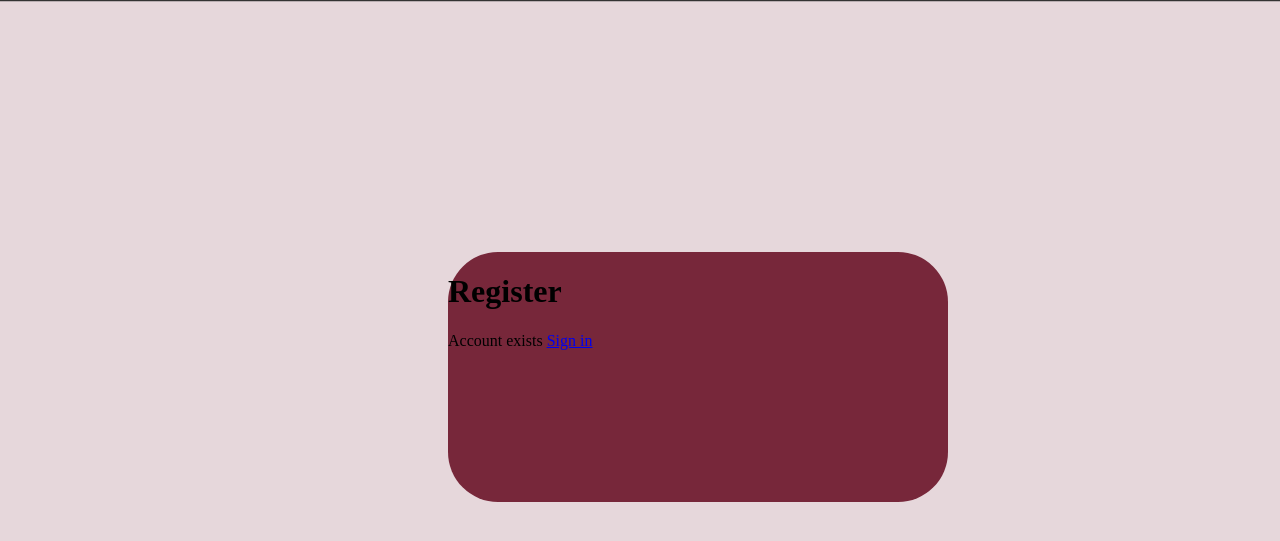
Repository: Kotya2001/FuzzyOps-App
Page: /register (app in frontend/my-app/)
The author's editor kept a copy of each file at every save. The page is drawn from the files as they stood at one save, then again after the next save.
The browser window is 1280 px wide. The pictures show the whole page.
The project was rebuilt for these pictures with package versions that can differ from the ones it lists, and the page was loaded fresh each time. Also part of the build but not shown: frontend/my-app/src/pages/Item.js, frontend/my-app/src/pages/Base.js, frontend/my-app/src/pages/Login.js, frontend/my-app/src/pages/Resources.js.

Above is the page before, as saved 2022-09-18 17:33:16.

### frontend/my-app/public/index.html
<!DOCTYPE html>
<html lang="en">
  <head>
    <meta charset="utf-8" />
    <link rel="icon" href="../img/logotype.ico" />
    <meta name="viewport" content="width=device-width, initial-scale=1" />
    <meta name="theme-color" content="#000000" />
    <meta
      name="description"
      content="Web site created using create-react-app"
    />
    <!--
      manifest.json provides metadata used when your web app is installed on a
      user's mobile device or desktop. See https://developers.google.com/web/fundamentals/web-app-manifest/
    -->
    <link rel="manifest" href="%PUBLIC_URL%/manifest.json" />
    <!--
      Notice the use of %PUBLIC_URL% in the tags above.
      It will be replaced with the URL of the `public` folder during the build.
      Only files inside the `public` folder can be referenced from the HTML.

      Unlike "/favicon.ico" or "favicon.ico", "%PUBLIC_URL%/favicon.ico" will
      work correctly both with client-side routing and a non-root public URL.
      Learn how to configure a non-root public URL by running `npm run build`.
    -->
    <title>FuzzyOps</title>
  </head>
  <body>
    <noscript>You need to enable JavaScript to run this app.</noscript>
    <div id="root"></div>
    <!--
      This HTML file is a template.
      If you open it directly in the browser, you will see an empty page.

      You can add webfonts, meta tags, or analytics to this file.
      The build step will place the bundled scripts into the <body> tag.

      To begin the development, run `npm start` or `yarn start`.
      To create a production bundle, use `npm run build` or `yarn build`.
    -->
  </body>
</html>

### frontend/my-app/src/index.js
import React from 'react';
import ReactDOM from 'react-dom/client';
import App from './App';
import reportWebVitals from './reportWebVitals';
// import './firebase';


const root = ReactDOM.createRoot(document.getElementById('root'));
root.render(
  <React.StrictMode>
    <App />
  </React.StrictMode>
);

// If you want to start measuring performance in your app, pass a function
// to log results (for example: reportWebVitals(console.log))
// or send to an analytics endpoint. Learn more: https://bit.ly/CRA-vitals
reportWebVitals();

### frontend/my-app/src/App.js
import Base from './pages/Base';
import Login from './pages/Login';
import Resources from './pages/Resources';
import Register from './pages/Register';
import { BrowserRouter as Router} from 'react-router-dom';
import { Route, Routes } from 'react-router-dom';
import { Provider } from 'react-redux';




const App = () => {
    return (
        <Router>
            <div>
                <Routes>
                    <Route path='/' element={<Base/>}/>
                    <Route path='/register' element={<Register/>}/>
                    <Route path='/login' element={<Login/>}/>
                    <Route path='/resources' element={<Resources/>}/>
                </Routes>
            </div>
        </Router>

    )
}

export default App;

### frontend/my-app/src/pages/Register.js
import React, { Component } from "react";
import { Link } from "react-router-dom";

export default class Register extends Component {
    render() {
        return (
            <div className="inputForm">
                <h1>Register</h1>

                <p>
                    Account exists <Link to='/login'>Sign in</Link>
                </p>
            </div>
        )
    }
}

### frontend/my-app/src/Styles.css
body {
  background-image: url("../src/img/BG.png");

}

.wrapper {
  max-width: 1440px;
  padding-left: 40px;
  padding-right: 40px;
  margin: 0 auto;
}

.header {
  display: flex;
  justify-content: space-between;
  align-items: center;

}

.name {
  font-family: "Rounded Mplus 1c ExtraBold";
  font-size: 48px;
}


.nav {
  display: flex;
  justify-content: center;
  list-style-type: none;
  padding-left: 0;
}

.buttons button {
  background-color: #D48396;
  border: none;
  text-align: center;
  width: 180px;
  height: 60px;
  border-radius: 30px;
  padding: 10px 20px;
  margin-right: 30px;
  margin-top: 10px;
  text-decoration: none;
  color: #000000;
  font-family: "Rounded Mplus 1c Medium";
  font-size: 24px;
}

.buttons button:hover {
  transform: scale(1.15);
  transition: transform 0.25s;
}


.description {
  padding-top: 70px;
  padding-bottom: 70px;
  padding-left: 60px;
}

.title  {
  font-family: "Rounded Mplus 1c Medium";
  font-size: 36px;
  line-height: 0.4;
}


.caption {
  font-family: "Rounded Mplus 1c Medium";
  font-size: 22px;
  color: #CDADAD;
  line-height: 0.3;
}

.start {
  background-color: #D9D9D9;
  border: 3px #000000;
  text-align: center;
  width: 300px;
  height: 60px;
  border-radius: 20px;
  color: #000000;
  font-family: "Rounded Mplus 1c Medium";
  font-size: 22px;
}


/* hide disabled buttons */
.rec.rec-arrow:disabled {
  visibility: hidden;
}

/* disable default outline on focused items */
/* add custom outline on focused items */
.rec-carousel-item:focus {
  outline: none;
  box-shadow: inset 0 0 1px 1px lightgrey;
}

.inputForm {
  background: #77273A;
  width: 500px;
  height: 250px;
  border-radius: 50px;
  position: absolute;
  left: 35%;
  top: 35%;
}

@font-face {
  font-family: "Rounded Mplus 1c ExtraBold";
  src: url("../src/fonts/MPLUSRounded1c-ExtraBold.ttf");
  font-style: normal;
  font-weight: normal;
}

@font-face {
  font-family: "Rounded Mplus 1c Medium";
  src: url("../src/fonts/MPLUSRounded1c-Medium.ttf");
  font-style: normal;
  font-weight: normal;
}

Loaded but not shown: frontend/my-app/src/reportWebVitals.js (common file)

After the next save:
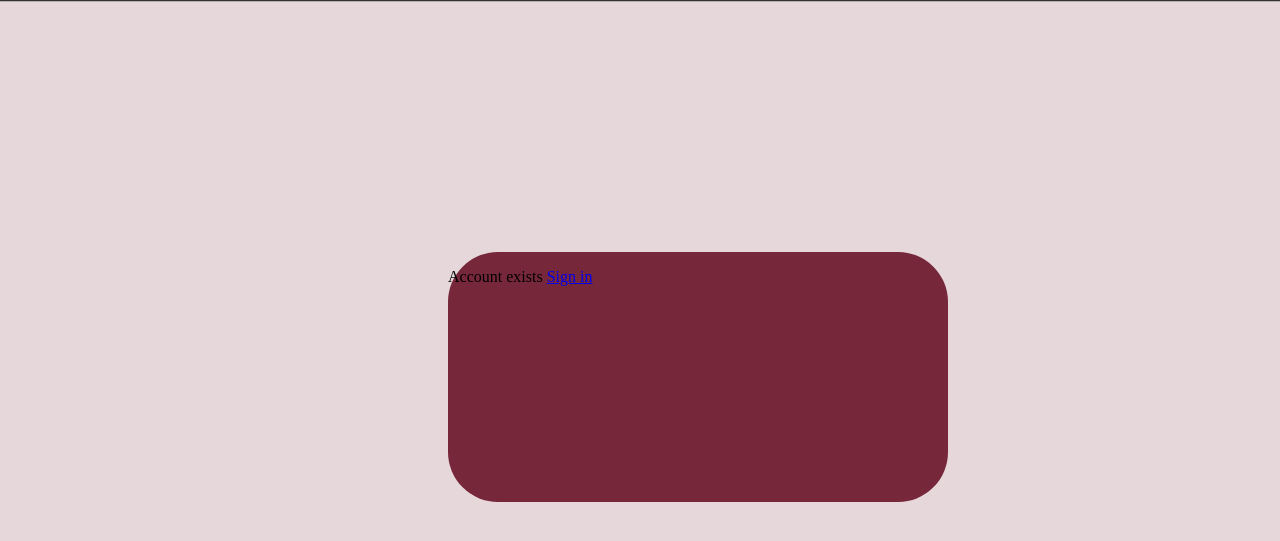
Saved 110 s later.
--- a/frontend/my-app/src/pages/Register.js
+++ b/frontend/my-app/src/pages/Register.js
@@ -5,7 +5,7 @@ export default class Register extends Component {
     render() {
         return (
             <div className="inputForm">
-                <h1>Register</h1>
+
 
                 <p>
                     Account exists <Link to='/login'>Sign in</Link>
